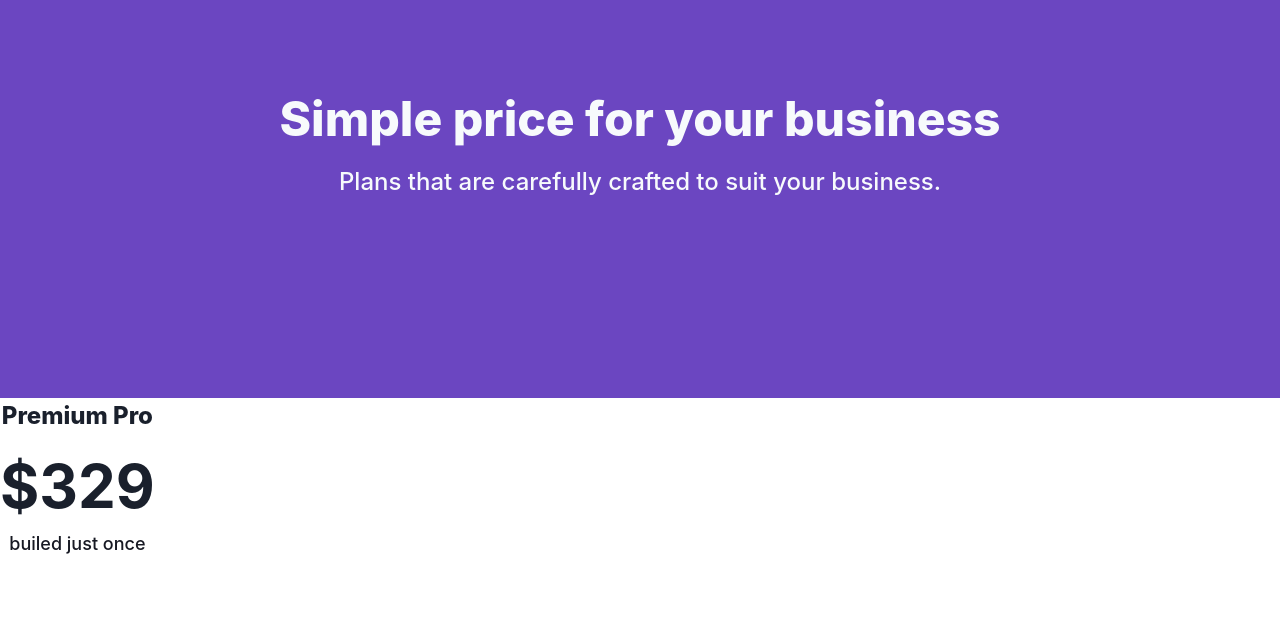
Repository: noutijo/learn-in-depth-chakra-ui
Page: /
These files come from the project's save history. The page is drawn as it stood at one moment and after the next save; the edit follows.
The browser window is 1280 px wide. The pictures show the whole page.
The project was rebuilt for these pictures with package versions that can differ from the ones it lists, and the page was loaded fresh each time. Also part of the build but not shown: vite.config.ts.

Above is the page before, as saved 2023-01-30 15:39:24.

### src/main.tsx
import React from 'react'
import ReactDOM from 'react-dom/client'
import App from './App'
import { ChakraProvider } from "@chakra-ui/react"

ReactDOM.createRoot(document.getElementById('root') as HTMLElement).render(
  <ChakraProvider>
  <React.StrictMode>
    <App />
  </React.StrictMode>
  </ChakraProvider>,
)

### src/App.tsx
//import './App.css'
import "./App.css";
import { Box, Flex, Stack, VStack, HStack } from "@chakra-ui/react";
import { Header  } from "./components/Header";
import { Pricing } from "./components/Pricing";

export default function App() {
  return (
    <div className="App">
      <Box>
        <Header />
        <Pricing />
      </Box>
    </div>
  );
}

### src/App.css
#root {
  max-width: 1280px;
  margin: 0 auto;
  text-align: center;
}

.logo {
  height: 6em;
  padding: 1.5em;
  will-change: filter;
}
.logo:hover {
  filter: drop-shadow(0 0 2em #646cffaa);
}
.logo.react:hover {
  filter: drop-shadow(0 0 2em #61dafbaa);
}

@keyframes logo-spin {
  from {
    transform: rotate(0deg);
  }
  to {
    transform: rotate(360deg);
  }
}

@media (prefers-reduced-motion: no-preference) {
  a:nth-of-type(2) .logo {
    animation: logo-spin infinite 20s linear;
  }
}

.card {
  padding: 2em;
}

.read-the-docs {
  color: #888;
}

### src/components/Header.tsx
//import './App.css'
import { Box, Heading, Text, Flex } from "@chakra-ui/react";

export function Header() {
  return (
    <Box as="section" color="#F7FAFC" bg="#6b46c1" pt="90px" pb="198px" px="32px">
      <Heading fontWeight={800} fontSize={"48px"}>
        Simple price for your business
      </Heading>
      <Text fontWeight={500} fontSize={"24px"} mt="16px">
        Plans that are carefully crafted to suit your business.
      </Text>
    </Box>
  );
}

### src/components/Pricing.tsx
//import './App.css'
import { Box, Heading, Text, Flex, Button } from "@chakra-ui/react";

export function Pricing() {
  return (
    <Box>
      <Flex>
        <Box>
            <Text fontSize="24px" fontWeight="800">Premium Pro</Text>
            <Heading as="h3" fontSize="60px" mt="16px">$329</Heading>
            <Text fontSize="18px" fontWeight="500" color="#171923" mt="8px">builed just once</Text>
            <Button colorScheme="purl">Get Started</Button>
        </Box>
        <Box></Box>
      </Flex>
    </Box>
  );
}

Loaded but not shown: index.html (common file)

After the next save:
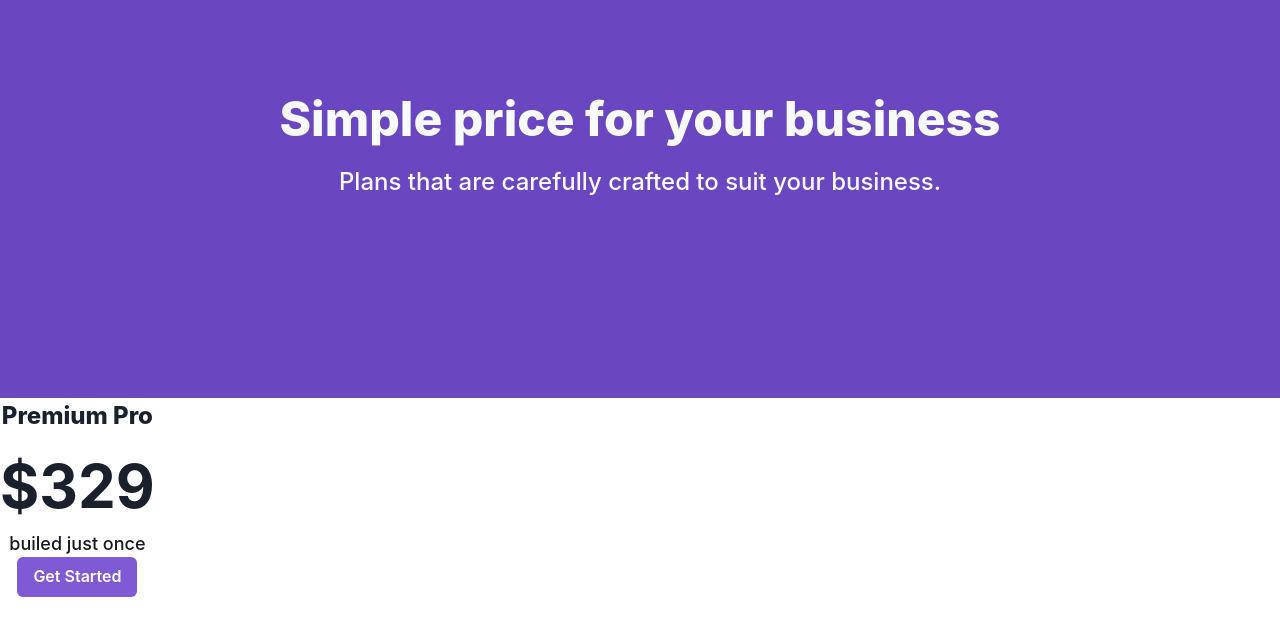
Saved 5 s later.
--- a/src/components/Pricing.tsx
+++ b/src/components/Pricing.tsx
@@ -9,7 +9,7 @@ export function Pricing() {
             <Text fontSize="24px" fontWeight="800">Premium Pro</Text>
             <Heading as="h3" fontSize="60px" mt="16px">$329</Heading>
             <Text fontSize="18px" fontWeight="500" color="#171923" mt="8px">builed just once</Text>
-            <Button colorScheme="purl">Get Started</Button>
+            <Button colorScheme="purple">Get Started</Button>
         </Box>
         <Box></Box>
       </Flex>
